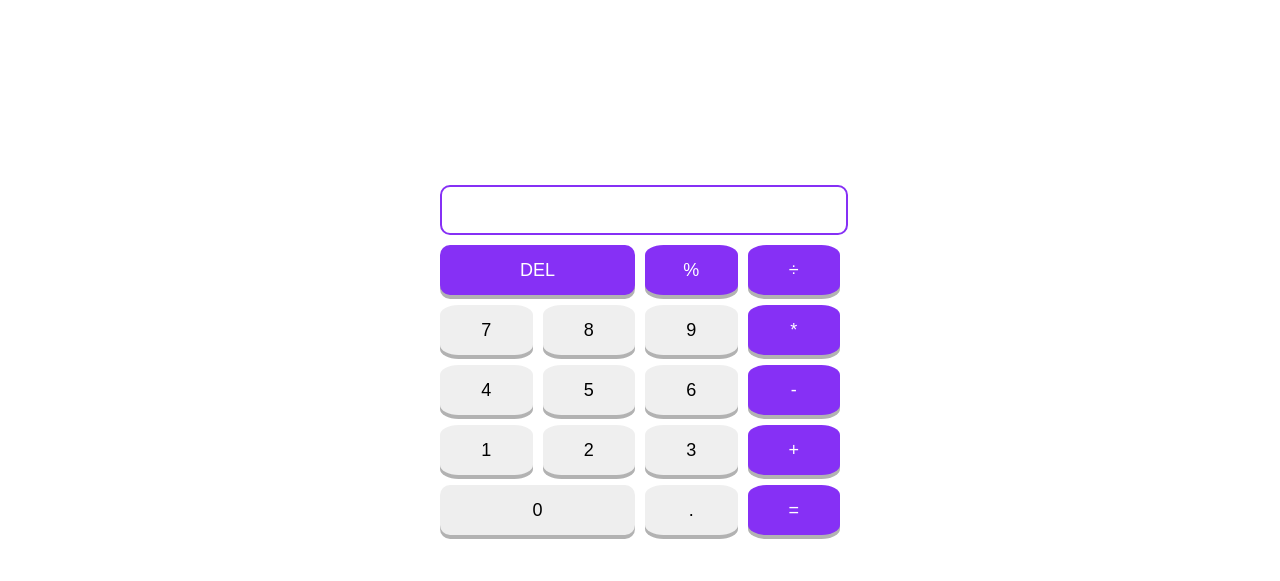
Repository: zlazlazla35/calculator
Page: /
The author's editor kept a copy of each file at every save. The page is drawn from the files as they stood at one save, then again after the next save.
The browser window is 1280 px wide. The pictures show the whole page.
The project was rebuilt for these pictures with package versions that can differ from the ones it lists, and the page was loaded fresh each time.

Above is the page before, as saved 2024-10-15 16:22:45.

After the next save:
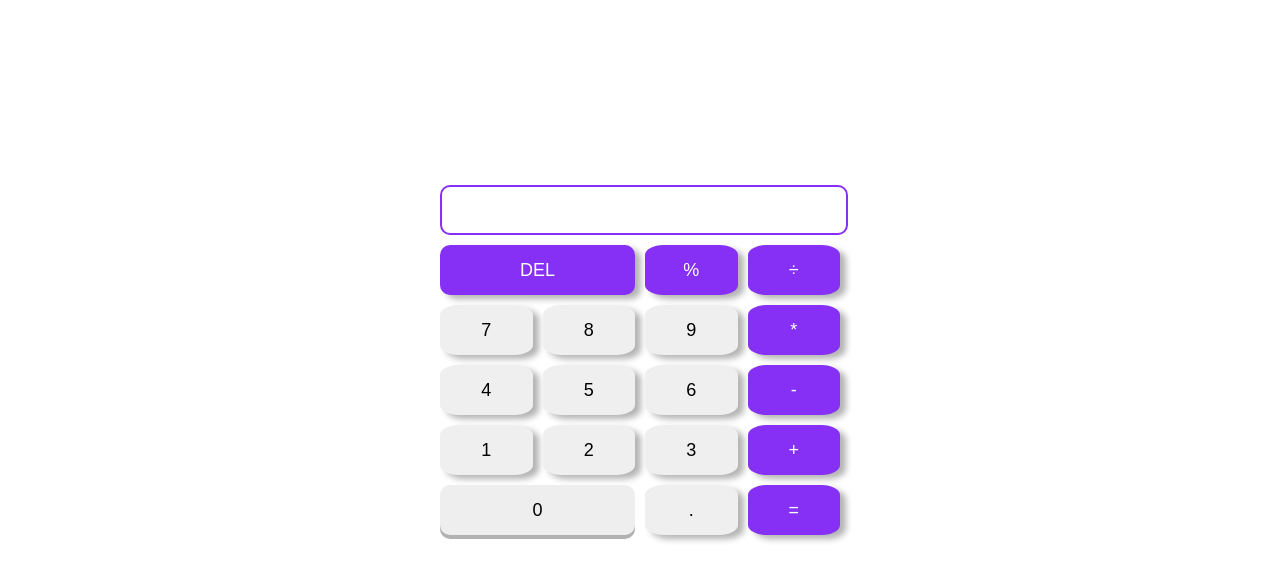
Saved 9 s later.
--- a/src/App.js
+++ b/src/App.js
@@ -25,7 +25,7 @@ let Btn = styled.button`
   border-radius: 20%;
   height : 50px;
   border: none;
-  box-shadow:0px 4px 0px rgba(0, 0, 0, 0.3);
+  box-shadow:6px 4px 6px rgba(0, 0, 0, 0.3);
   transition-duration: 0.3s;
 `
 
